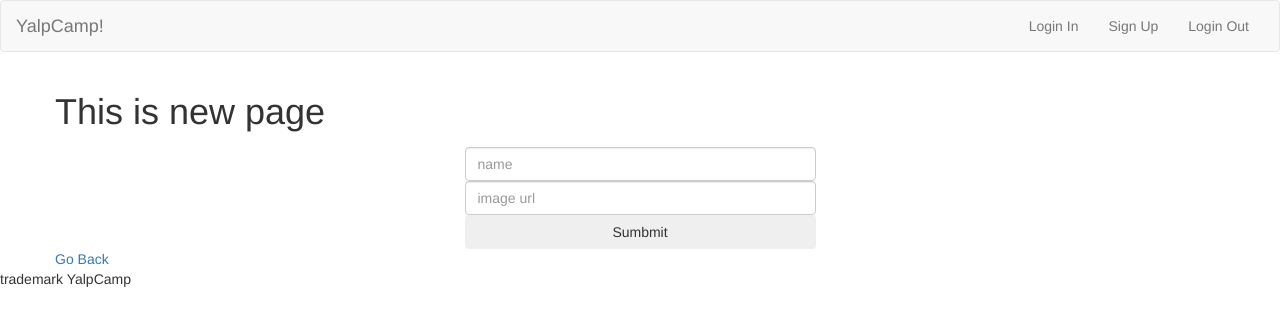
Repository: yli166/the-web-developer-bootcamp
Page: http://localhost/campgrounds/new
The author's editor kept a record of every edit. The page is drawn from the files as they stood at one moment, then again after the next edit.
The browser window is 1280 px wide. The pictures show the whole page.
The page is served by the project's Node server (yalpcamp/v1/app.js).

Above is the page before.

### nodejs/workspace/yalpcamp/v1/views/new.ejs
<% include partials/header %>
<div class='container'>
    <div class='row'>
        <h1> This is new page</h1>
        <div style="width:30%; margin:0 auto;">
        <form action= '/campgrounds' method= 'POST'>
            <div class='form-group'>

            </div>
            <div class='form-group'>

            </div>
            <div class='form-group'>

            </div>
            <input class='form-control' type='text' name= 'name' placeholder='name'>
            <input class='form-control' type='text' name= 'image' placeholder='image url'>
            <button class='btn btn-large btn-block'>Sumbmit</button>
        </form>
        </div>
        <a href='/campgrounds'>Go Back</a>

    </div>
</div>
<% include partials/footer %>

### nodejs/workspace/yalpcamp/v1/views/partials/header.ejs
<!DOCTYPE html>
<html>
<head>
	<title>YalpCamp</title>
	<link rel='stylesheet' href= 'https://maxcdn.bootstrapcdn.com/bootstrap/3.3.7/css/bootstrap.min.css'>
</head>
<body>
<nav class='navbar navbar-default'>
    <div class='container-fluid'>
        <div class='navbar-header'>
            <a class='navbar-brand' href='/'>YalpCamp!</a>
        </div>
        <div class='collapse navbar-collapse'>
            <ul class='nav navbar-nav navbar-right'>
                <li><a href='/'>Login In</a></li>
                <li><a href='/'>Sign Up</a></li>
                <li><a href='/'>Login Out</a></li>
            </ul>
        </div>
    </div>
</nav>

### nodejs/workspace/yalpcamp/v1/views/partials/footer.ejs
<p>trademark YalpCamp</p>
</body>
</html>

### nodejs/workspace/yalpcamp/v1/app.js
var express = require('express');
var app = express();
var bodyPaser = require("body-parser");
// var mongoose = require('mongoose')


app.use(bodyPaser.urlencoded({extended: true}));
app.set('view engine','ejs')
app.get('/',function(req,res){
    res.render('landing')
});
var campgrounds = [
    {name:'wyt bill',image:'https://pixabay.com/get/ea36b70928f21c22d2524518b7444795ea76e5d004b0144394f2c17aa6edb2_340.jpg'},
    {name:'yifan li',image:'https://pixabay.com/get/eb3db8072cf2023ed1584d05fb1d4e97e07ee3d21cac104497f1c379a4ecb5bf_340.jpg'},
    {name:'bitong wang',image:'https://farm8.staticflickr.com/7682/17149736522_54ca6f8c76.jpg'},
    {name:'wyt bill',image:'https://pixabay.com/get/ea36b70928f21c22d2524518b7444795ea76e5d004b0144394f2c17aa6edb2_340.jpg'},
    {name:'yifan li',image:'https://pixabay.com/get/eb3db8072cf2023ed1584d05fb1d4e97e07ee3d21cac104497f1c379a4ecb5bf_340.jpg'},
    {name:'bitong wang',image:'https://farm8.staticflickr.com/7682/17149736522_54ca6f8c76.jpg'},
    {name:'wyt bill',image:'https://pixabay.com/get/ea36b70928f21c22d2524518b7444795ea76e5d004b0144394f2c17aa6edb2_340.jpg'},
    {name:'yifan li',image:'https://pixabay.com/get/eb3db8072cf2023ed1584d05fb1d4e97e07ee3d21cac104497f1c379a4ecb5bf_340.jpg'},
    {name:'bitong wang',image:'https://farm8.staticflickr.com/7682/17149736522_54ca6f8c76.jpg'},
    ]

app.get('/campgrounds',function(req,res){
    res.render('campgrounds',{campgrounds:campgrounds})
})

app.post('/campgrounds',function(req,res){
    var name= req.body.name;
    var image = req.body.image;
    var newCampground = {name: name, image: image}
    campgrounds.push(newCampground)

})

app.get('/campgrounds/new',function(req, res) {
    res.render('new')
})
// app.listen(process.env.PORT,process.env.IP,function(){
//     console.log('yelpcamp has started!')
// })
app.listen(3000)

After the next edit:
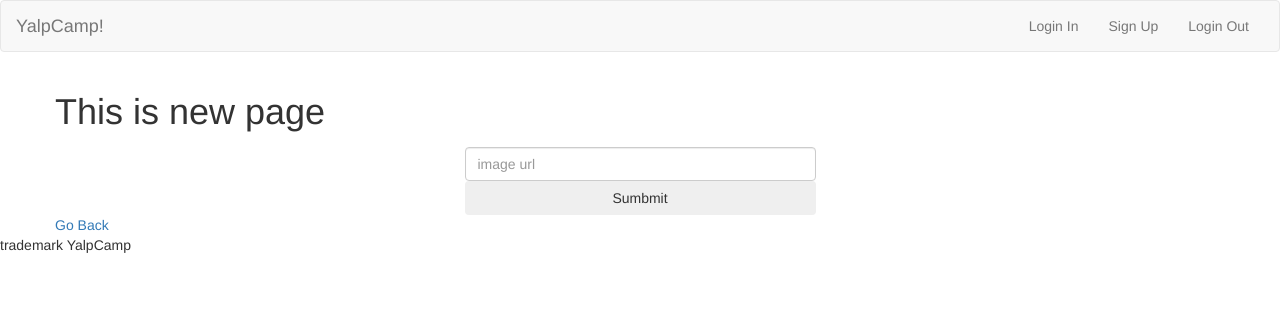
The edit:
--- a/nodejs/workspace/yalpcamp/v1/views/new.ejs
+++ b/nodejs/workspace/yalpcamp/v1/views/new.ejs
@@ -13,7 +13,7 @@
             <div class='form-group'>
 
             </div>
-            <input class='form-control' type='text' name= 'name' placeholder='name'>
+
             <input class='form-control' type='text' name= 'image' placeholder='image url'>
             <button class='btn btn-large btn-block'>Sumbmit</button>
         </form>
